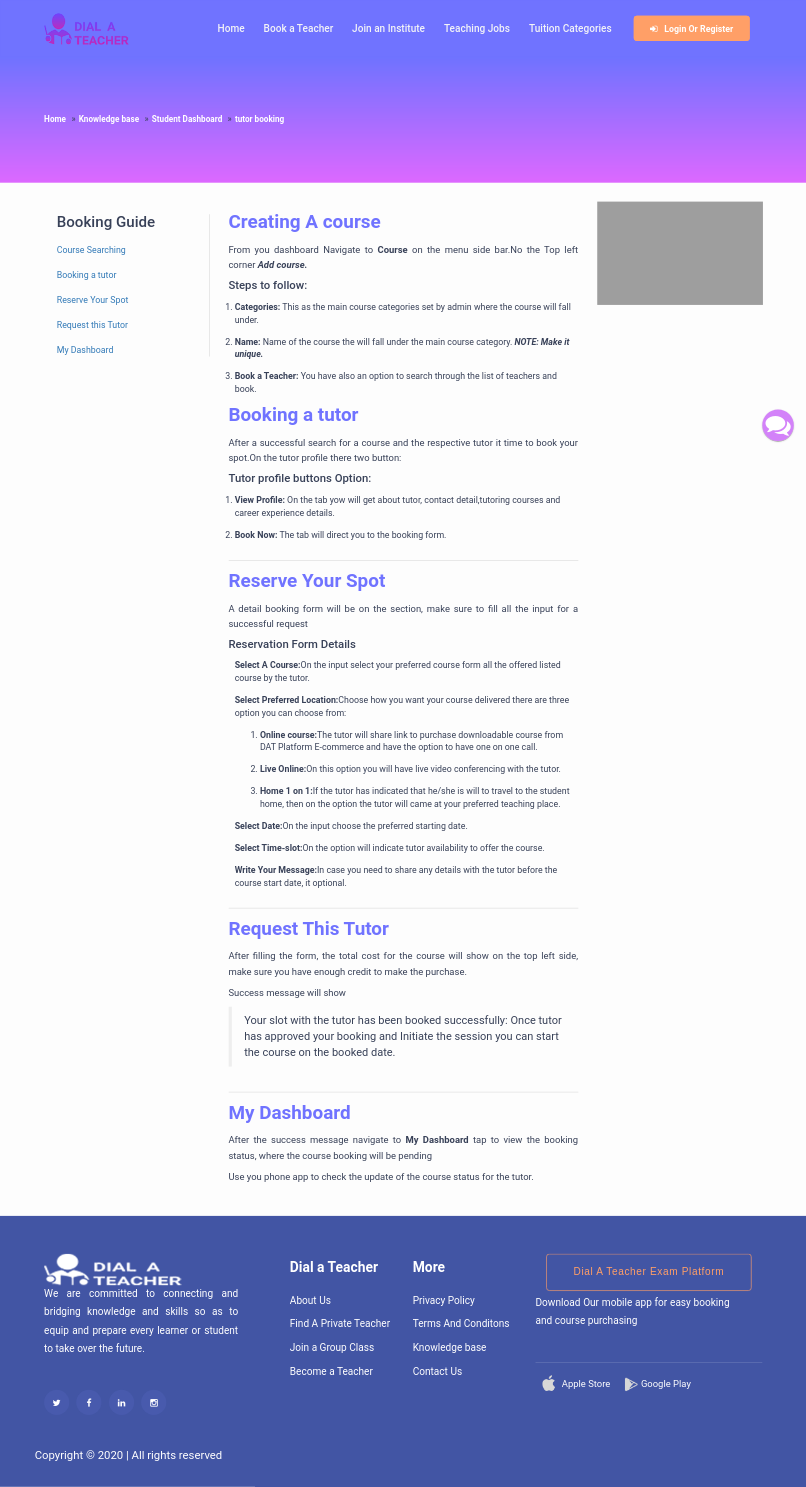
Repository: Samkiroko/DAT_knowledge
Page: knowledge_base/tt_booking_courses.html
These files come from the project's save history. The page is drawn as it stood at one moment and after the next save; the edit follows.
The browser window is 1280 px wide. The pictures show the whole page, at 63% of full size.
Pictures or frames that could not be fetched are drawn as grey boxes.

Above is the page before, as saved 2020-12-17 13:12:21.
Console error: TypeError: e.indexOf is not a function

After the next save:
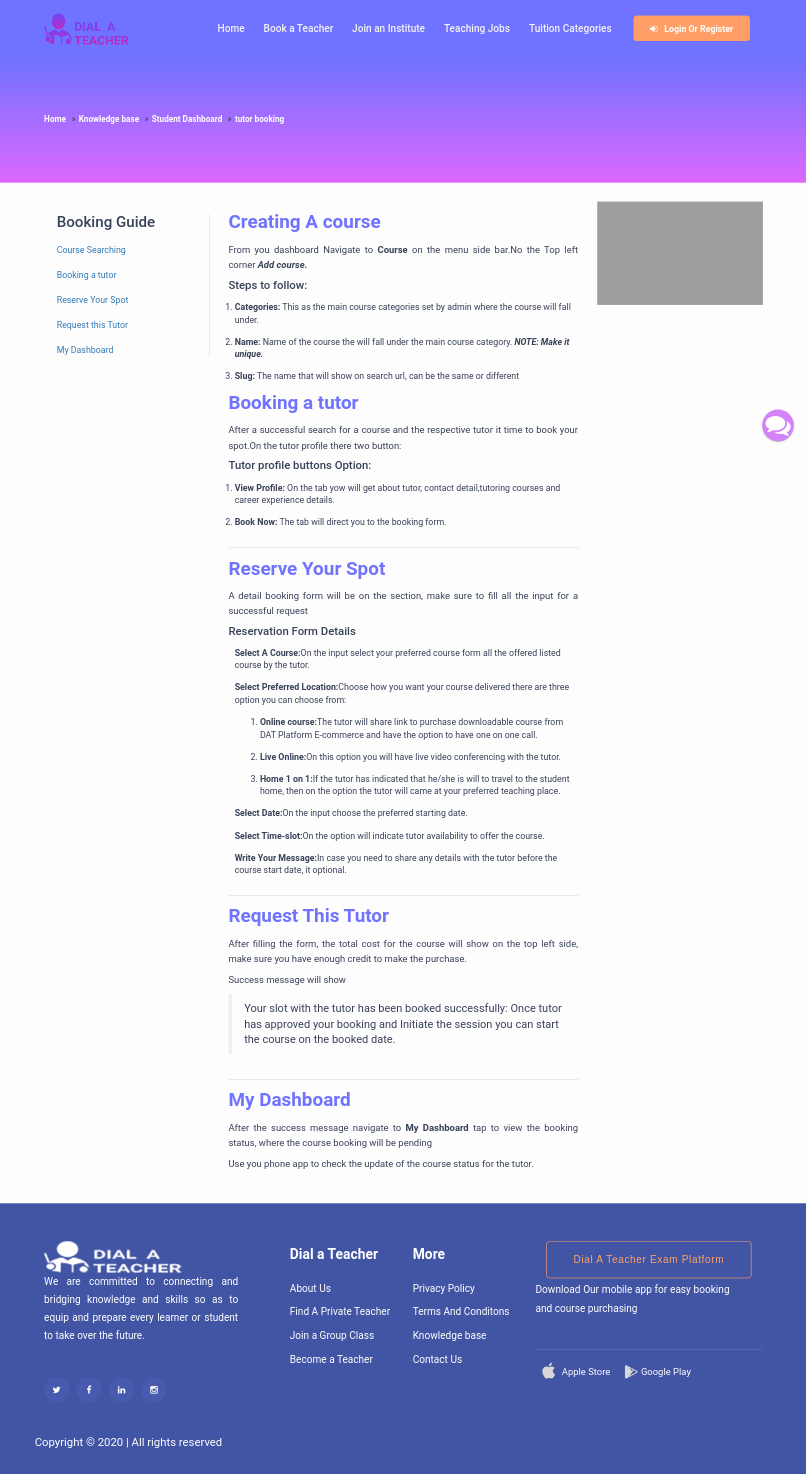
Saved 3 min 22 s later.
--- a/knowledge_base/tt_booking_courses.html
+++ b/knowledge_base/tt_booking_courses.html
@@ -165,8 +165,7 @@
                   <li> <b>Name:</b> Name of the course the will fall under the main course category.
                     <b><i>NOTE: Make it unique.</i></b>
                   </li>
-                  <li> <b> Book a Teacher:</b> You have also an option to search through the list of teachers and
-                    book.</li>
+                  <li> <b>Slug:</b> The name that will show on search url, can be the same or different</li>
                 </ol>
 
                 </p>
